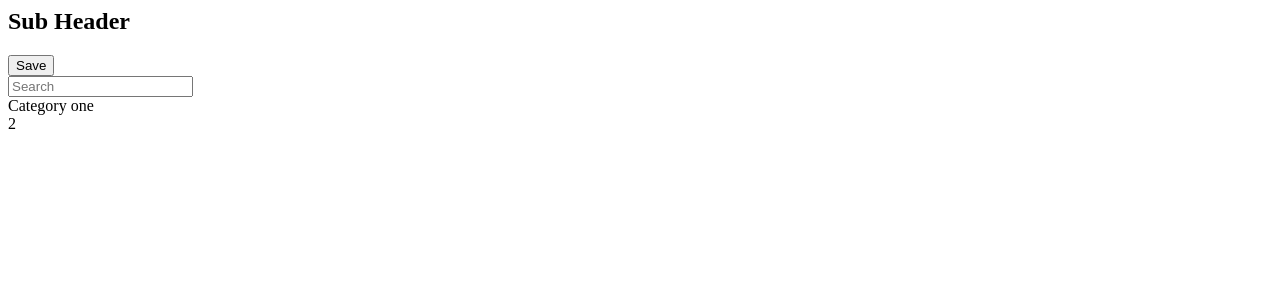
Repository: dvbondoy/peddler-pos
Page: www/product/templates/categories.html
These files come from the project's save history. The page is drawn as it stood at one moment and after a run of saves; the edit follows.
The browser window is 1280 px wide. The pictures show the whole page.

Above is the page before, as saved 2016-12-06 09:07:35.

After the next 2 saves:
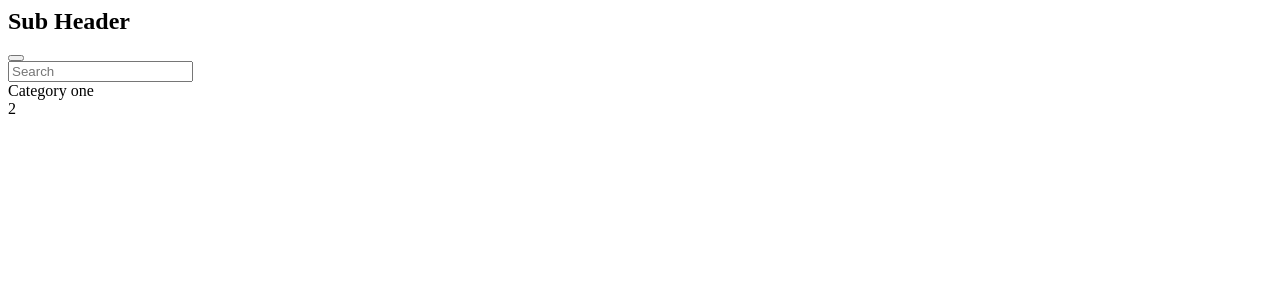
The 2 saves are shown as one change because they came seconds apart.
The last was saved 38 s later.
--- a/www/product/templates/categories.html
+++ b/www/product/templates/categories.html
@@ -2,7 +2,7 @@
   <div class="bar bar-subheader item-input-inset">
     <div class="buttons">
       <h2 class="title">Sub Header</h2>
-      <button class="button">Save</button>
+      <button class="button"><i class="icon ion-plus"></i></button>
     </div>
     <!--<button class="button">
       <i class="icon ion-plus"></i>
